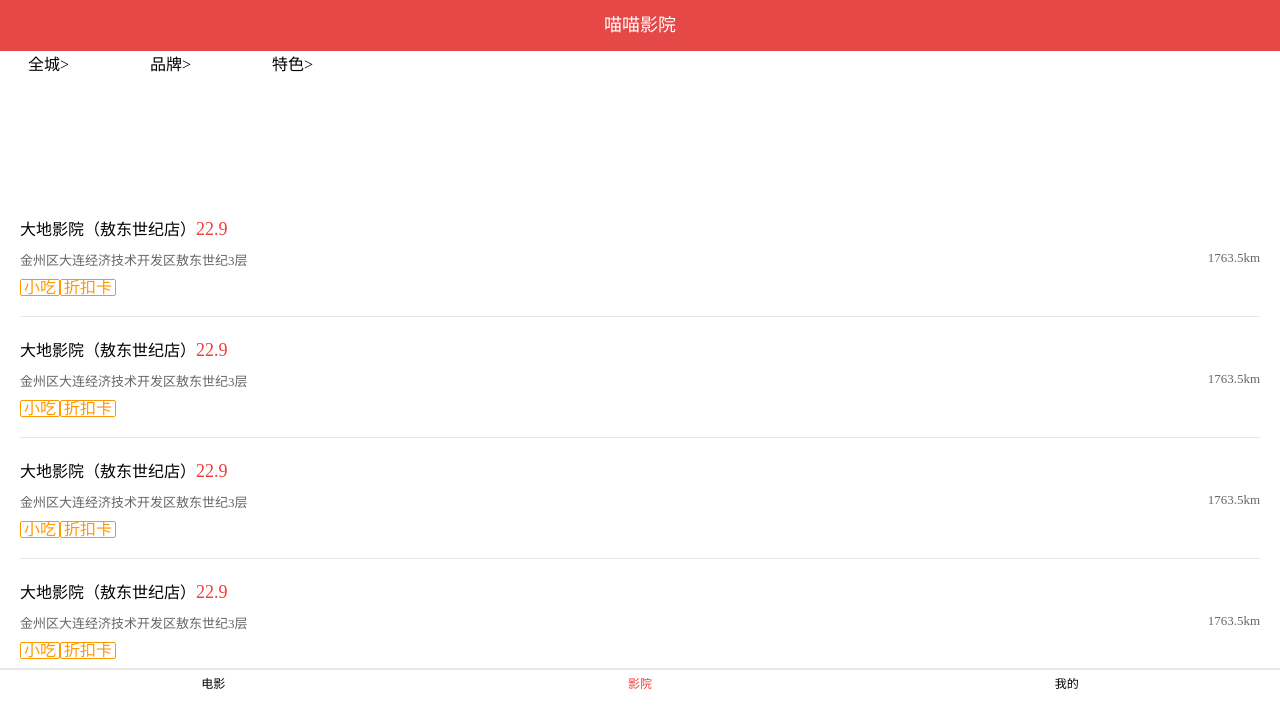
Repository: X-J-0/miaomiao_film
Page: /cinema (app in miaomiao/)
The author's editor kept a copy of each file at every save. The page is drawn from the files as they stood at one save, then again after the next save.
The browser window is 1280 px wide. The pictures show the whole page.
The project was rebuilt for these pictures with package versions that can differ from the ones it lists, and the page was loaded fresh each time. Also part of the build but not shown: miaomiao/src/components/Allocate/index.vue. Imported but missing from the stored project, and not drawn on this page: miaomiao/src/components/Brand, miaomiao/src/components/Special.

Above is the page before, as saved 2020-03-24 19:43:58.

After the next save:
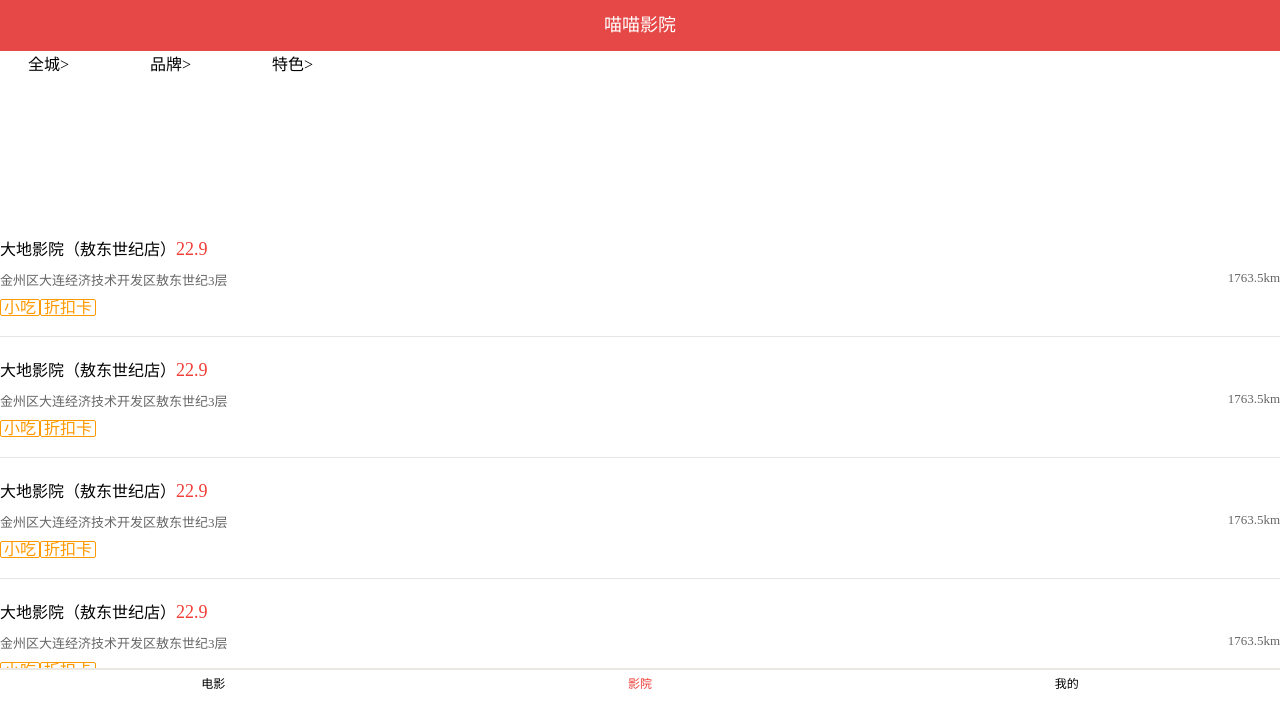
Saved 27 s later.
--- a/miaomiao/src/components/Clist/index.vue
+++ b/miaomiao/src/components/Clist/index.vue
@@ -74,7 +74,7 @@
 
 <style scoped>
 #content .cinema_body{flex:1;overflow:auto;}
-.cinema_body ul{padding:20px;}
+.cinema_body ul{padding:0px;}
 .cinema_body li{border-bottom:1px solid #e6e6e6;margin-bottom:20px;}
 .cinema_body div{margin-bottom:10px;}
 .cinema_body .q{font-size:11px;color:#f03d37;}

After the save that followed:
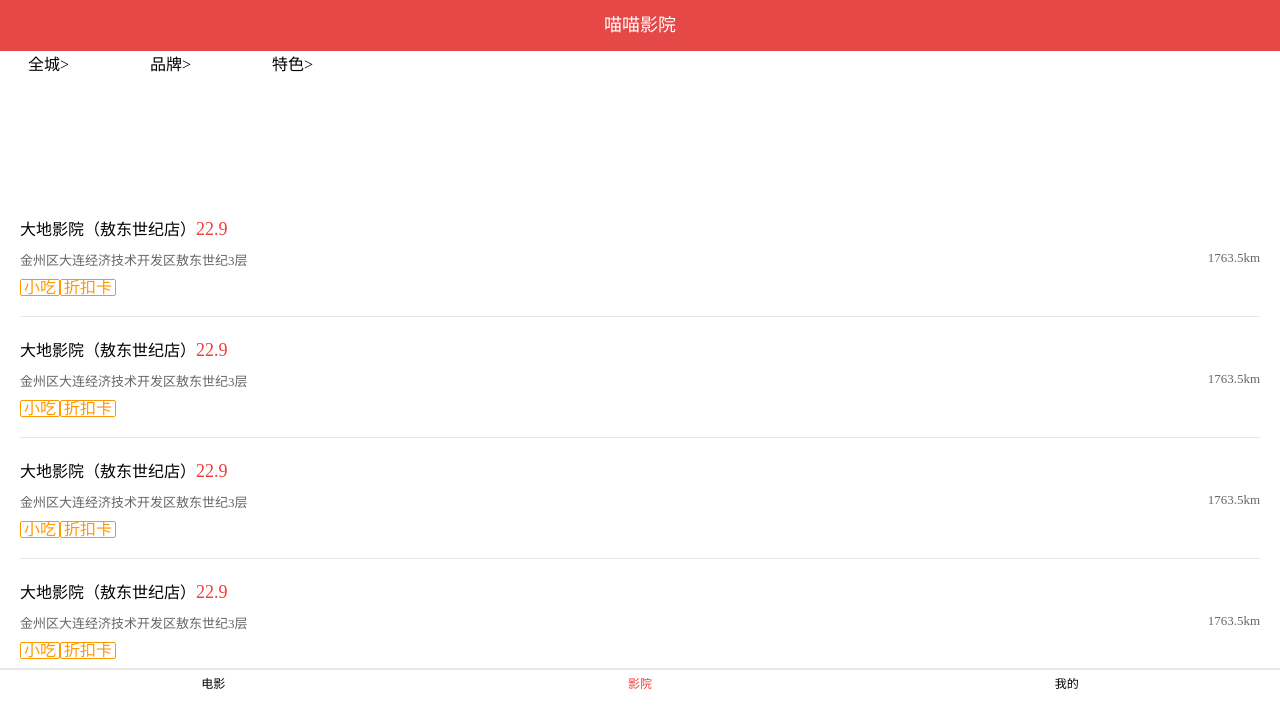
Saved 5 s later.
--- a/miaomiao/src/components/Clist/index.vue
+++ b/miaomiao/src/components/Clist/index.vue
@@ -74,7 +74,7 @@
 
 <style scoped>
 #content .cinema_body{flex:1;overflow:auto;}
-.cinema_body ul{padding:0px;}
+.cinema_body ul{padding:20px;}
 .cinema_body li{border-bottom:1px solid #e6e6e6;margin-bottom:20px;}
 .cinema_body div{margin-bottom:10px;}
 .cinema_body .q{font-size:11px;color:#f03d37;}
